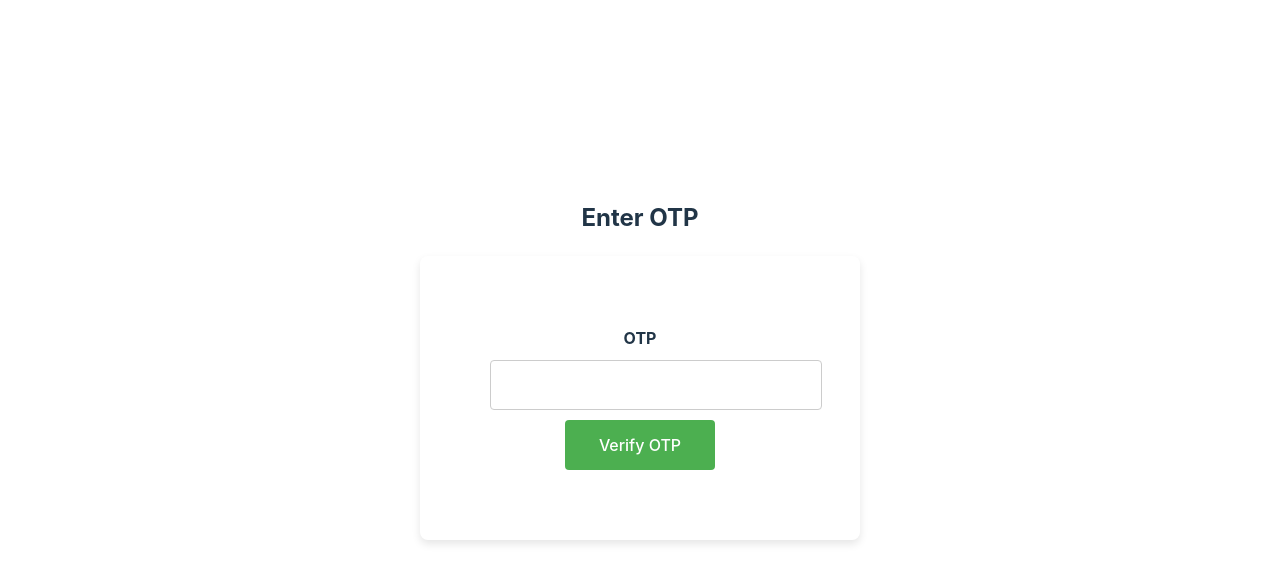
Repository: sarathraj2002/MockTest
Page: /check (app in Frontend/)
These files come from the project's save history. The page is drawn as it stood at one moment and after a run of saves; the edit follows.
The browser window is 1280 px wide. The pictures show the whole page.
The project was rebuilt for these pictures with package versions that can differ from the ones it lists, and the page was loaded fresh each time. Also part of the build but not shown: Frontend/vite.config.js, Frontend/src/components/Otp.jsx, Frontend/src/components/Home.jsx.

Above is the page before, as saved 2024-11-13 17:19:36.

### Frontend/index.html
<!doctype html>
<html lang="en">
  <head>
    <meta charset="UTF-8" />
    <link rel="icon" type="image/svg+xml" href="/vite.svg" />
    <meta name="viewport" content="width=device-width, initial-scale=1.0" />
    <title>MockTest</title>
  </head>
  <body>
    <div id="root"></div>
    <script type="module" src="/src/main.jsx"></script>
  </body>
</html>

### Frontend/src/main.jsx
import { StrictMode } from 'react'
import { createRoot } from 'react-dom/client'
import App from './App.jsx'
import './index.css'
import { BrowserRouter } from 'react-router-dom'


createRoot(document.getElementById('root')).render(
  <StrictMode>
     <BrowserRouter>
    <App />
    </BrowserRouter>
  </StrictMode>,
)

### Frontend/src/App.jsx
import { useState } from 'react'
import './App.css'
import Otp from './components/Otp'
import { Home } from './components/Home'
import { Route,Routes,useNavigate } from 'react-router-dom'
import Mail from './components/Mail'

function App() {
  const [email, setEmail] = useState('');
  const navigate = useNavigate();
  const handleEmailSubmit=(email)=>{
    setEmail(email);
    navigate('/check');
  }


  return (
    <>
    <Routes>
      <Route path='/' element={<Otp onEmailSubmit={handleEmailSubmit}/>}></Route>
      <Route path='/check' element={<Mail/>}></Route>
      <Route path='/home' element={<Home/>}></Route>
    </Routes>
    </>
  )
}

export default App

### Frontend/src/components/Mail.jsx
import React, { useState } from 'react';
import axios from 'axios';
import { useNavigate } from 'react-router-dom';

function OTPForm({ email, onOTPVerify }) {
  const [otp, setOtp] = useState('');
  const [errorMessage, setErrorMessage] = useState('');
  const navigate = useNavigate();

  const handleSubmit = async (e) => {
    e.preventDefault();

    try {
      const response = await axios.post('http://localhost:5000/api/verify-otp', {
        otp
      });
      const data = response.data;

      if (data.valid) {
        navigate('/home');
      } else {
        setErrorMessage(data.message || 'Invalid OTP. Please try again.');
      }
    } catch (error) {
      console.error('Error verifying OTP:', error);
      setErrorMessage('An error occurred while verifying OTP.');
    }
  };

  const formStyle = {
    width: '300px',
    margin: '0 auto',
    padding: '70px',
    backgroundColor: '',
    borderRadius: '8px',
    boxShadow: '0 4px 8px rgba(0, 0, 0, 0.1)',
  };

  const inputStyle = {
    width: '100%',
    padding: '15px',
    margin: '10px 0',
    borderRadius: '4px',
    border: '1px solid #ccc',
    fontSize: '16px',
  };

  const buttonStyle = {
    width: '50%',
    padding: '15px',

    backgroundColor: '#4CAF50',
    color: 'white',
    fontSize: '16px',
    border: 'none',
    borderRadius: '4px',
    cursor: 'pointer',
  };

  const buttonHoverStyle = {
    backgroundColor: '#45a049',
  };

  const errorMessageStyle = {
    color: 'red',
    marginTop: '10px',
    textAlign: 'center',
  };

  return (
    <div style={{ padding: '50px 20px', textAlign: 'center' }}>
      <h2 style={{ marginBottom: '20px' }}>Enter OTP</h2>
      <form onSubmit={handleSubmit} style={formStyle}>
        <label style={{ fontSize: '16px', fontWeight: 'bold', marginBottom: '10px' }}>OTP</label>
        <input
          type="text"
          value={otp}
          onChange={(e) => setOtp(e.target.value)}
          required
          maxLength="4"
          style={inputStyle}
        />
        <button type="submit" style={buttonStyle} onMouseEnter={(e) => e.target.style.backgroundColor = buttonHoverStyle.backgroundColor} onMouseLeave={(e) => e.target.style.backgroundColor = buttonStyle.backgroundColor}>
          Verify OTP
        </button>
      </form>
      {errorMessage && <p style={errorMessageStyle}>{errorMessage}</p>}
    </div>
  );
}

export default OTPForm;

Loaded but not shown: Frontend/src/index.css (common file); Frontend/src/App.css (common file)

After the next 2 saves:
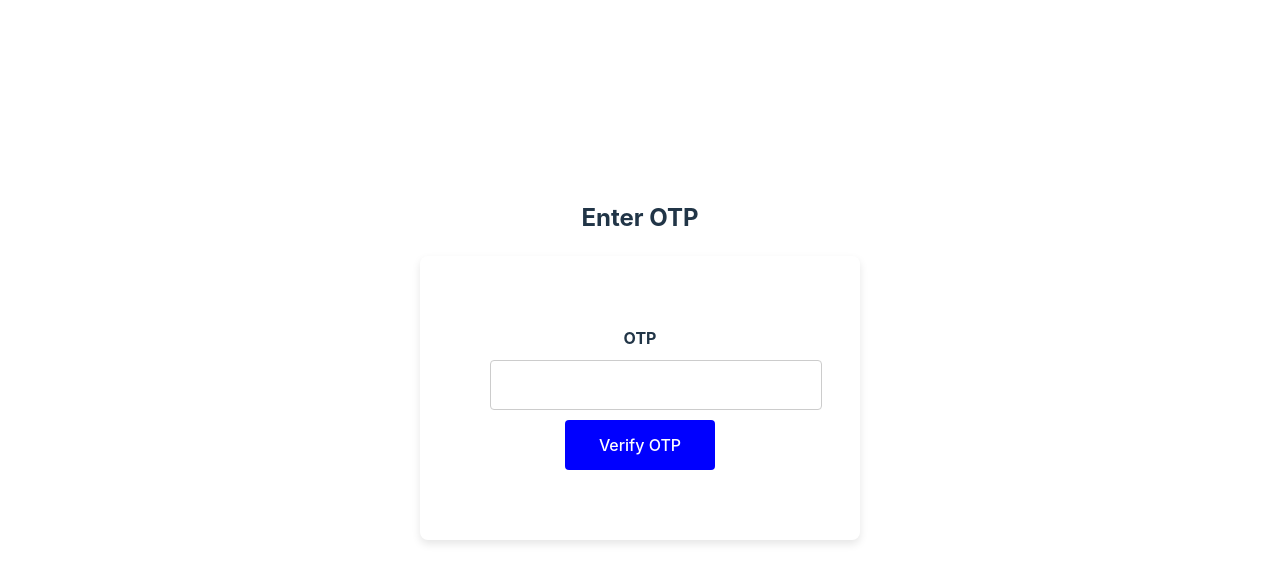
The 2 saves are shown as one change because they came seconds apart.
The last was saved 6 s later.
--- a/Frontend/src/components/Mail.jsx
+++ b/Frontend/src/components/Mail.jsx
@@ -49,7 +49,7 @@
     width: '50%',
     padding: '15px',
 
-    backgroundColor: '#4CAF50',
+    backgroundColor: 'blue',
     color: 'white',
     fontSize: '16px',
     border: 'none',
